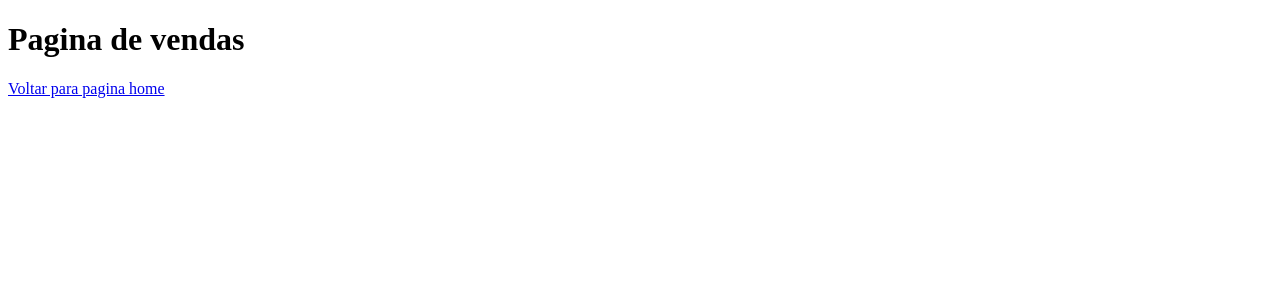
Repository: Rodrigo285/site-de-vendas
Page: vendas.html
These files come from the project's save history. The page is drawn as it stood at one moment and after a run of saves; the edit follows.
The browser window is 1280 px wide. The pictures show the whole page.

Above is the page before, as saved 2024-09-20 23:27:12.

After the next 3 saves:
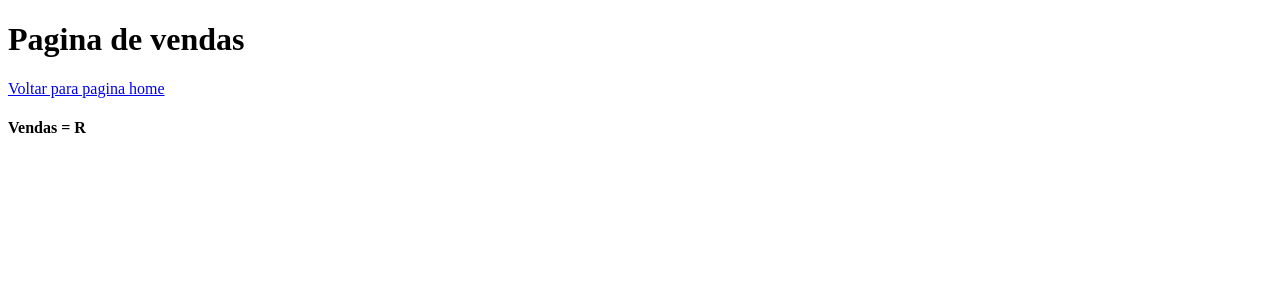
The 3 saves are shown as one change because they came seconds apart.
The last was saved 9 s later.
--- a/vendas.html
+++ b/vendas.html
@@ -8,6 +8,6 @@
 <body>
     <h1>Pagina de vendas</h1>
     <a href="index.html">Voltar para pagina home</a>
-    <h4></h4>
+    <h4>Vendas = R</h4>
 </body>
 </html>
